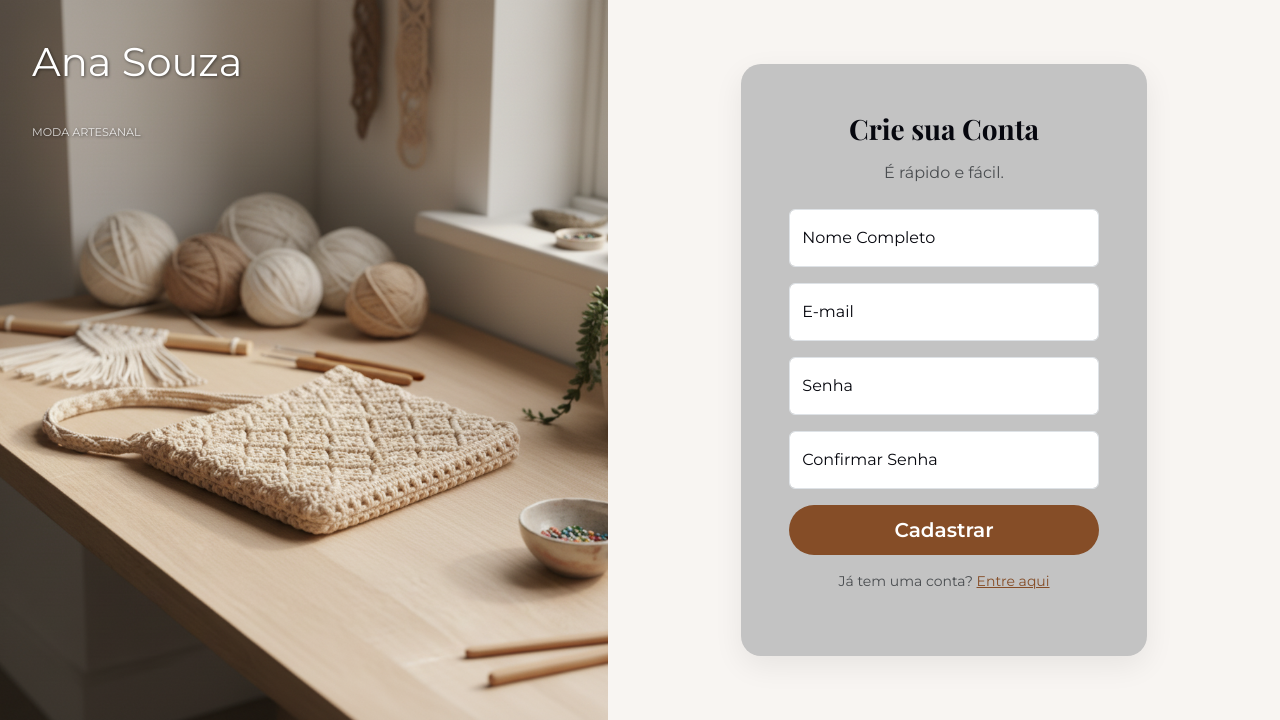
Repository: Lucascsg/projeto-anasouza-frontend
Page: cadastro.html
These files come from the project's save history. The page is drawn as it stood at one moment and after the next save; the edit follows.
The browser window is 1280 px wide. The pictures show the whole page.

Above is the page before, as saved 2025-10-21 23:12:21.

After the next save:
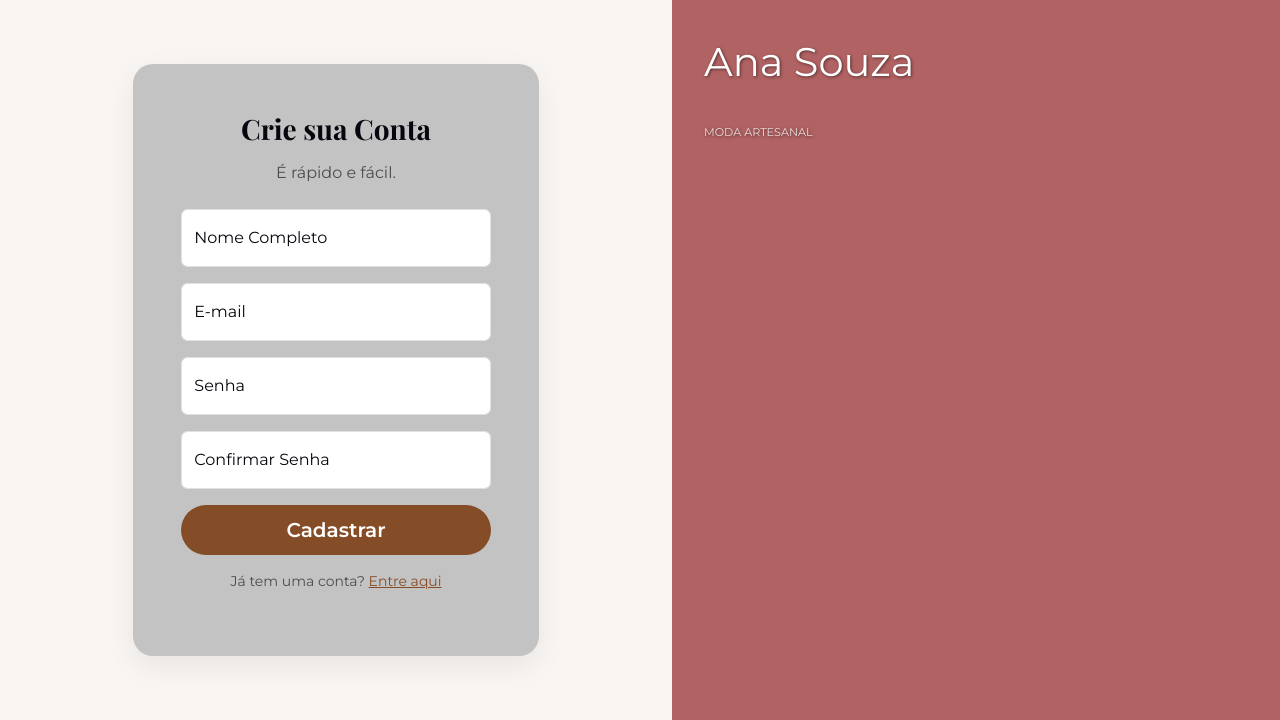
Not found: imagens/auth-background.jpg
Saved 7 min 32 s later.
--- a/cadastro.html
+++ b/cadastro.html
@@ -12,12 +12,12 @@
     <link href="https://fonts.googleapis.com/css2?family=Montserrat:wght@400;500;600&family=Playfair+Display:wght@700&family=Great+Vibes&display=swap" rel="stylesheet">
     <style>
         /* Estilo para garantir altura total e split screen */
-        body, html { height: 100%; margin: 0; overflow: hidden; /* Evita scroll desnecessário */ }
+        body, html { height: 100%; margin: 0; overflow: hidden; }
         .split-container { display: flex; min-height: 100vh; }
         .split-image {
-            background: url('imagens/backlog4.png') no-repeat center center/cover; /* SUA NOVA IMAGEM AQUI */
+            background: url('imagens/auth-background.jpg') no-repeat center center/cover; /* SUA NOVA IMAGEM AQUI */
             flex: 1;
-            position: relative; /* Para posicionar o logo sobre a imagem */
+            position: relative;
         }
         .split-form {
             flex: 1;
@@ -25,10 +25,9 @@
             align-items: center;
             justify-content: center;
             padding: 2rem;
-            background-color: var(--cor-fundo-claro); /* Fundo bege claro para a parte do form */
-            overflow-y: auto; /* Permite scroll se o form for muito grande */
+            background-color: var(--cor-fundo-claro);
+            overflow-y: auto;
         }
-        /* Posicionamento do logo na imagem (apenas desktop) */
         .image-logo {
             position: absolute;
             top: 2rem;
@@ -36,34 +35,31 @@
             z-index: 10;
         }
         .image-logo .logo-text {
-            color: #FFFFFF !important; /* Logo branco sobre a imagem */
-            text-shadow: 1px 1px 3px rgba(0,0,0,0.5); /* Sombra para legibilidade */
+            color: #FFFFFF !important;
+            text-shadow: 1px 1px 3px rgba(0,0,0,0.5);
         }
         .image-logo .logo-subtitle {
             color: rgba(255,255,255,0.8) !important;
         }
 
-        /* Ajuste para telas menores */
         @media (max-width: 767px) {
-            .split-container { flex-direction: column; }
+            .split-container { flex-direction: column-reverse; } /* Inverte a ordem no mobile também */
             .split-image {
                 min-height: 250px;
                 flex: none;
-                display: flex; /* Para centralizar o logo */
+                display: flex;
                 align-items: center;
                 justify-content: center;
                 position: relative;
             }
             .image-logo {
-                position: static; /* Remove o posicionamento absoluto para centralizar */
-                top: auto; left: auto;
+                position: static; top: auto; left: auto;
                 text-align: center;
             }
             .split-form { padding: 1.5rem; }
-            .form-logo { display: block !important; } /* Mostra o logo no form para mobile */
-            .image-logo { display: none; } /* Esconde o logo na imagem para mobile */
+            .form-logo { display: block !important; }
+            .image-logo { display: none; }
         }
-        /* Para telas maiores (desktop), esconde o logo do formulário */
         @media (min-width: 768px) {
             .form-logo { display: none; }
         }
@@ -72,14 +68,6 @@
 <body>
 
     <div class="split-container">
-        <div class="split-image d-none d-md-flex">
-            <div class="image-logo">
-                <a class="logo-text d-inline-block text-decoration-none" href="index.html" style="font-size: 2.5rem;">
-                    <div>Ana Souza</div>
-                    <small class="logo-subtitle" style="font-size: 0.7rem;">MODA ARTESANAL</small>
-                </a>
-            </div>
-        </div>
 
         <div class="split-form">
             <div class="col-lg-8 col-md-10 col-sm-12">
@@ -120,6 +108,16 @@
                 </div>
             </div>
         </div>
+
+        <div class="split-image d-none d-md-flex">
+            <div class="image-logo">
+                <a class="logo-text d-inline-block text-decoration-none" href="index.html" style="font-size: 2.5rem;">
+                    <div>Ana Souza</div>
+                    <small class="logo-subtitle" style="font-size: 0.7rem;">MODA ARTESANAL</small>
+                </a>
+            </div>
+        </div>
+
     </div>
 
     <script src="https://cdn.jsdelivr.net/npm/bootstrap@5.3.2/dist/js/bootstrap.bundle.min.js"></script>

After the save that followed:
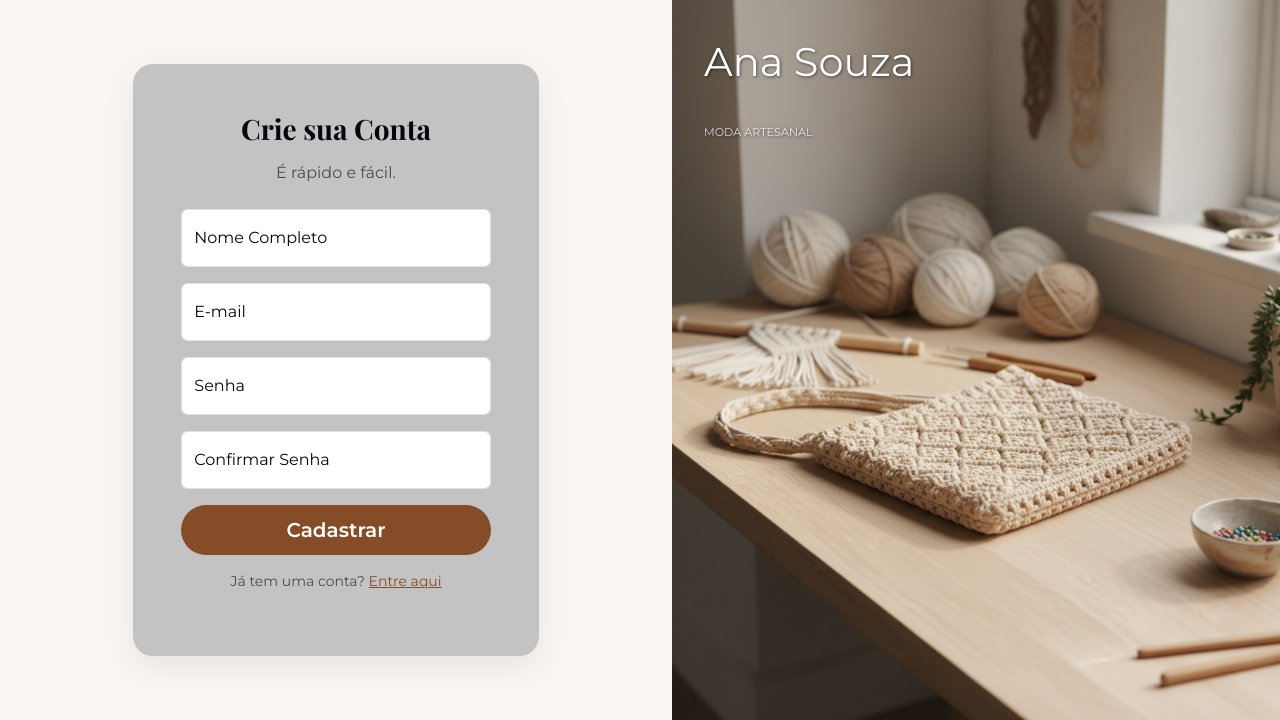
Saved 15 s later.
--- a/cadastro.html
+++ b/cadastro.html
@@ -15,7 +15,7 @@
         body, html { height: 100%; margin: 0; overflow: hidden; }
         .split-container { display: flex; min-height: 100vh; }
         .split-image {
-            background: url('imagens/auth-background.jpg') no-repeat center center/cover; /* SUA NOVA IMAGEM AQUI */
+            background: url('imagens/backlog4.png') no-repeat center center/cover; /* SUA NOVA IMAGEM AQUI */
             flex: 1;
             position: relative;
         }
